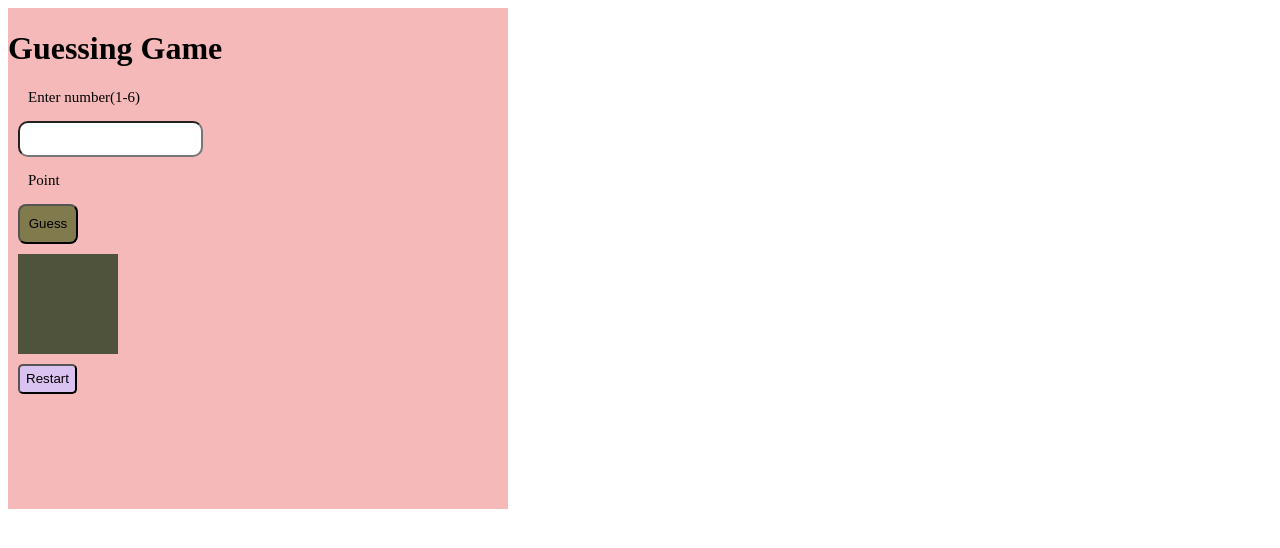
Repository: AniAntonyan/GuessingGame
Page: index.html
An editor plug-in stored every save of this project. The page is shown before and after the next save, followed by the edit.
The browser window is 1280 px wide. The pictures show the whole page.

Above is the page before, as saved 2022-02-27 17:30:42.

### index.html
<!DOCTYPE html>
<html lang="en">
<head>
    <meta charset="UTF-8">
    <meta http-equiv="X-UA-Compatible" content="IE=edge">
    <meta name="viewport" content="width=device-width, initial-scale=1.0">
    <link rel="stylesheet" href="style.css">
    <title>Document</title>
</head>
<body>
    <div class="container">
        <h1 class="Guessing">Guessing Game</h1>
        <p class="enter">Enter number(1-6)</p>
    <input id="num" type="text">
    <p class="p">Point</p>
    <button id="btn">Guess</button>
    <div class="table" id="show-text"></div>
    <button  id="restart"> Restart</button>
    </div>

    <script src="index.js"></script>
</body>
</html>

### style.css
.container{
    background-color: #f5b9b9;
    height: 500px;
    width: 500px;
    padding-top:1px;
}
p{
    font-size: 15px;
    margin-left: 20px;
}

#num{
    height: 30px;
    border-radius: 10px;
    margin-left: 10px;
}

#btn{
    height: 40px;
    width: 60px;
    border-radius: 8px;
    background-color: rgb(128, 122, 76);
    margin-left: 10px;
}

.table{
    height: 100px;
    width: 100px;
    background-color: rgb(79, 83, 59);
    margin: 10px;
}

#restart{
    margin-left: 10px;
    height: 30px;
    border-radius: 5px;
    background-color: rgb(219, 195, 241);
}

### index.js
let input = document.getElementById("num");
let btn = document.getElementById("btn");
let text = document.getElementById("show-text");
let restart = document.getElementById("restart");
let random = Math.floor(Math.random() * 6 + 1);

After the next save:
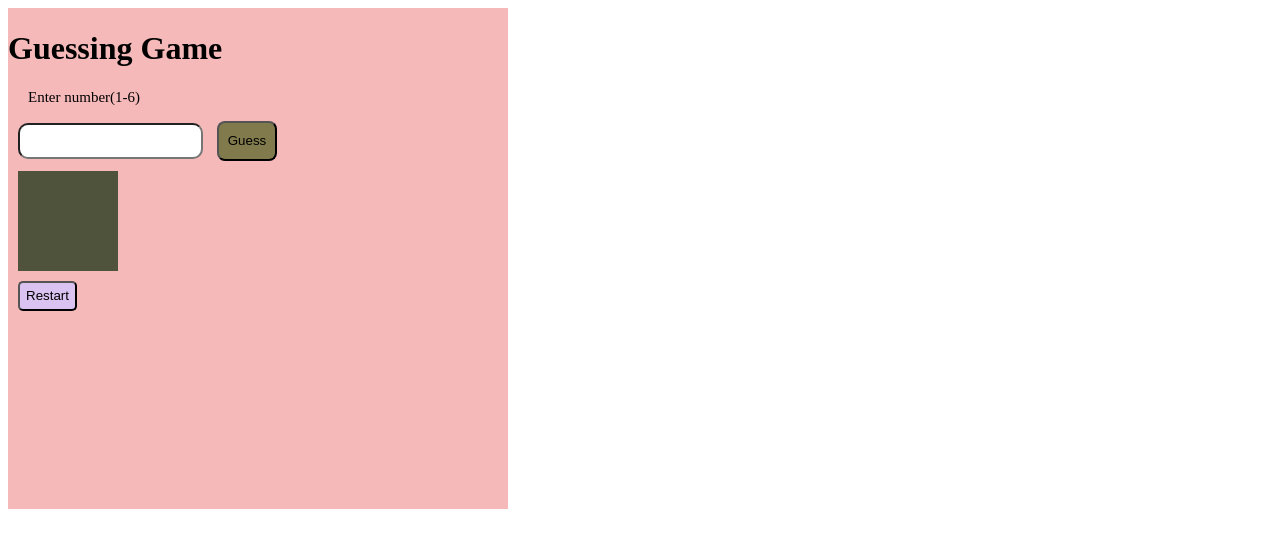
Saved 14 s later.
--- a/index.html
+++ b/index.html
@@ -12,7 +12,7 @@
         <h1 class="Guessing">Guessing Game</h1>
         <p class="enter">Enter number(1-6)</p>
     <input id="num" type="text">
-    <p class="p">Point</p>
+
     <button id="btn">Guess</button>
     <div class="table" id="show-text"></div>
     <button  id="restart"> Restart</button>

After the save that followed:
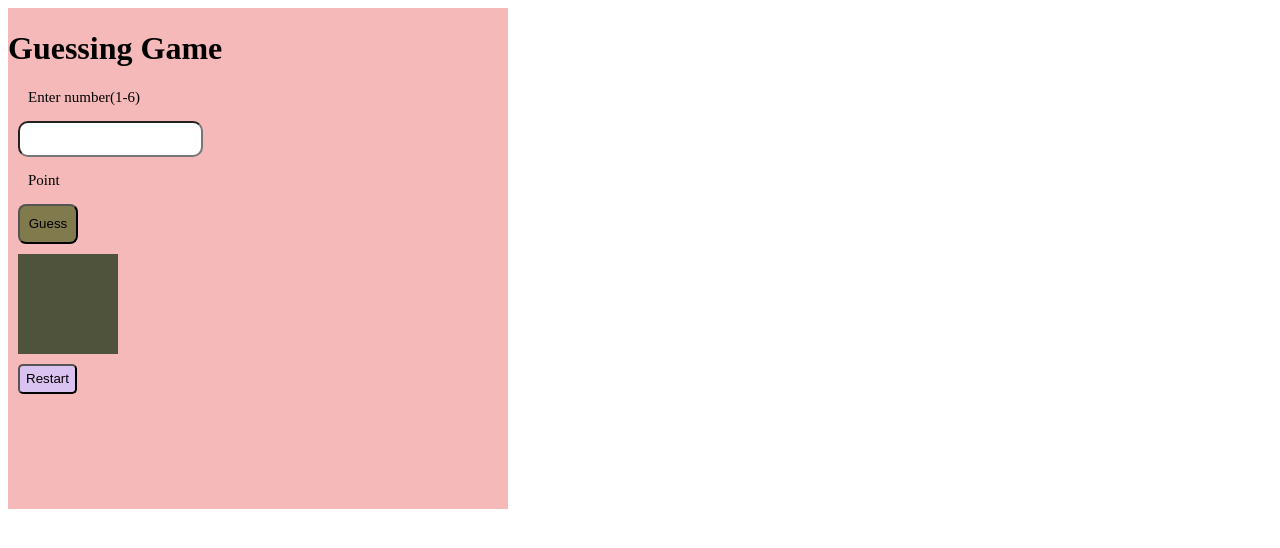
Saved 10 s later.
--- a/index.html
+++ b/index.html
@@ -12,7 +12,7 @@
         <h1 class="Guessing">Guessing Game</h1>
         <p class="enter">Enter number(1-6)</p>
     <input id="num" type="text">
-
+    <p class="p">Point</p>
     <button id="btn">Guess</button>
     <div class="table" id="show-text"></div>
     <button  id="restart"> Restart</button>
